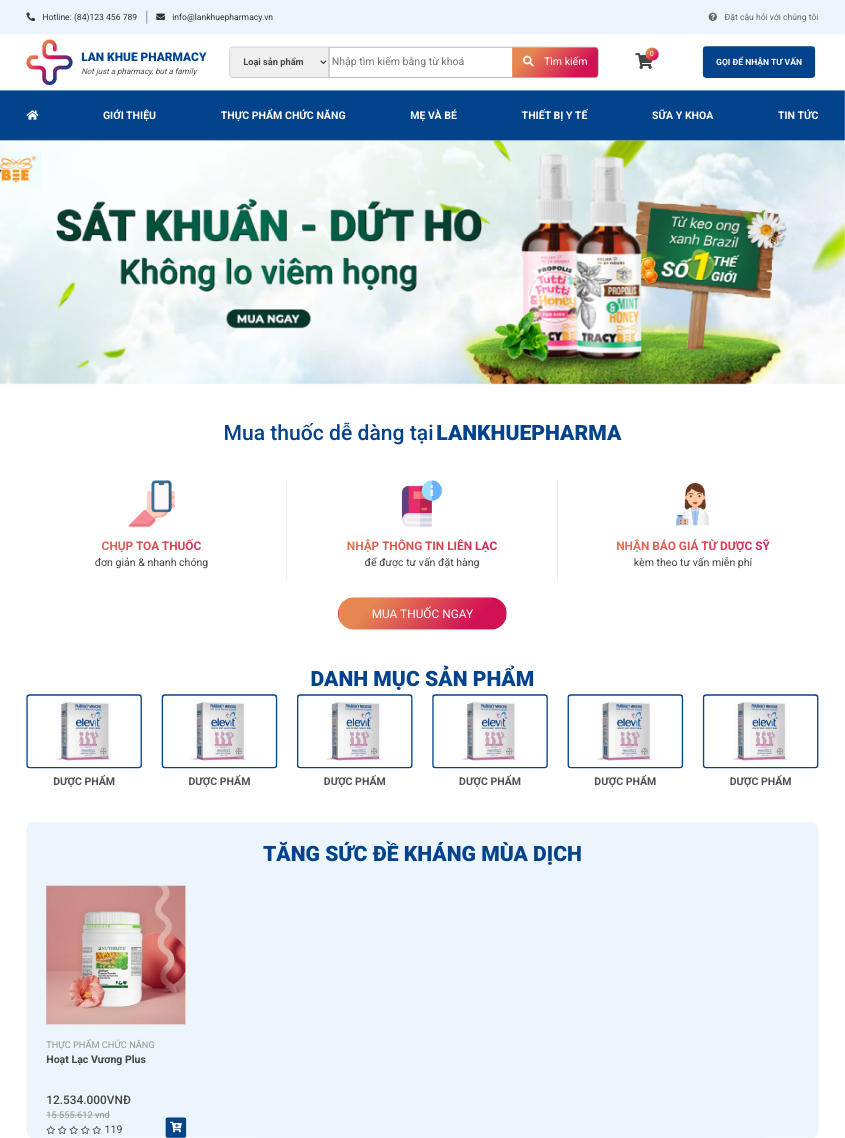
Repository: haianh12082001/Lan-khue
Page: index.html
An editor plug-in stored every save of this project. The page is shown before and after the next save, followed by the edit.
The browser window is 1280 px wide. The pictures show the whole page, at 66% of full size.
Some web libraries are served in a nearby version. The style sheet was rebuilt from its Sass, Less or Tailwind sources for each picture, by a compiler version that may differ from the author's.

Above is the page before, as saved 2021-12-18 15:54:02.

After the next save:
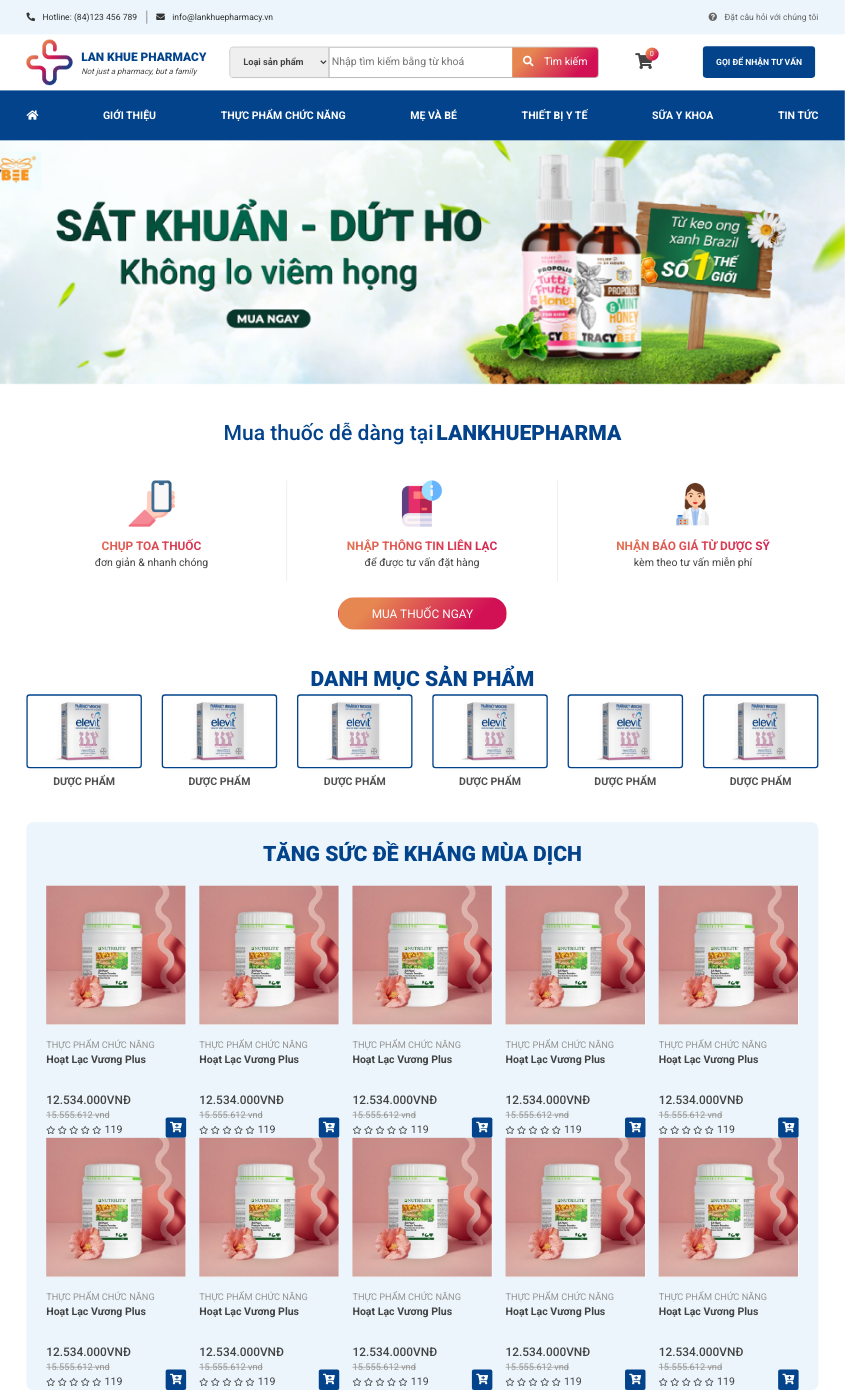
Saved 14 s later.
--- a/assets/js/clone.js
+++ b/assets/js/clone.js
@@ -1,7 +1,7 @@
 $(function () {
     ///Product
     var productList1 = $('.bg-light-blue .gutters-10');
-    var productItem1 = $('.product1 .product-item');
+    var productItem1 = $('.bg-light-blue .col-lg');
     for (i = 0; i < 9; i++) {
         productItem1.clone().appendTo(productList1);
     }
